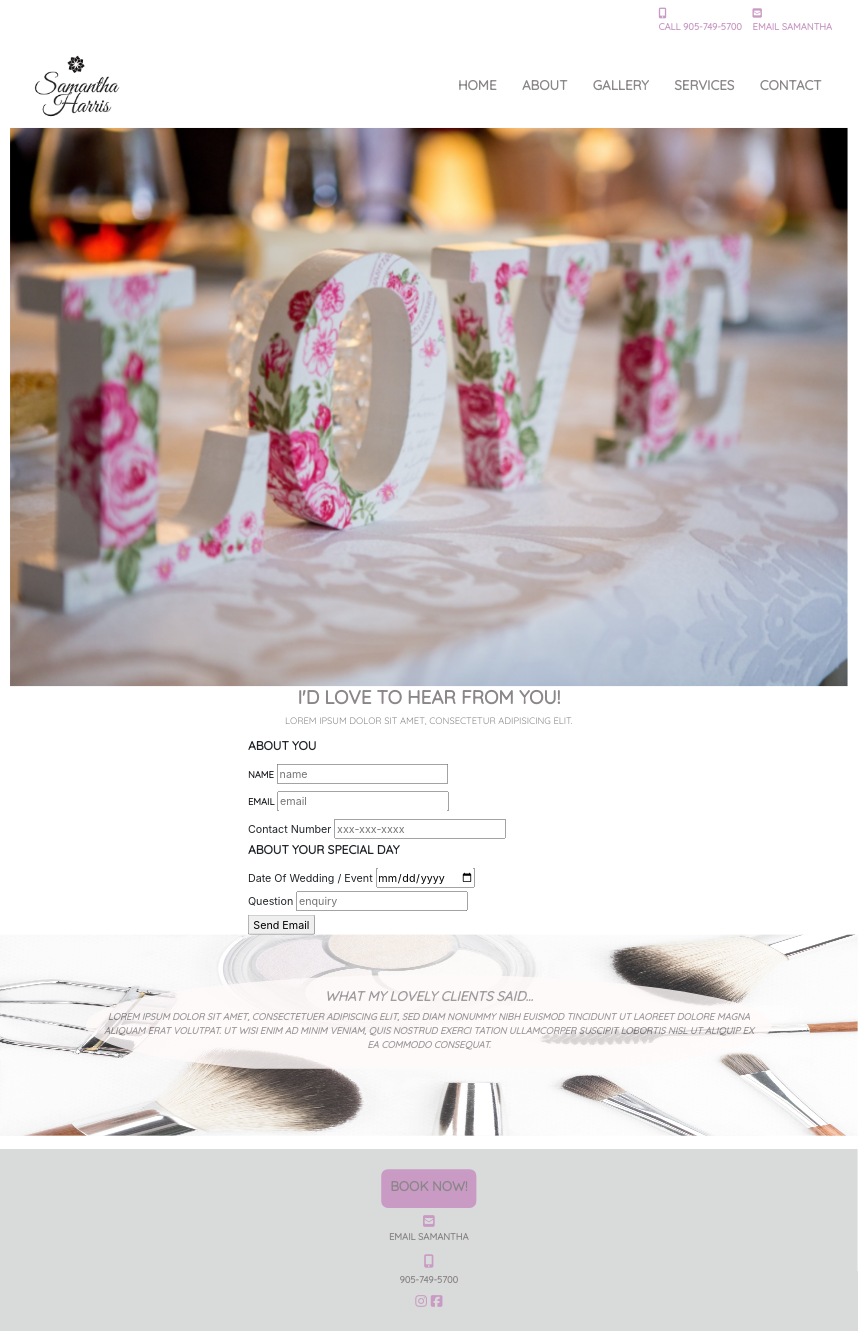
Repository: JayneyNix/milestone-1-UCFD
Page: contact.html
The author's editor kept a record of every edit. The page is drawn from the files as they stood at one moment, then again after the next edit.
The browser window is 1280 px wide. The pictures show the whole page, at 67% of full size.
Some web libraries are served in a nearby version.

Above is the page before.

### contact.html
<!DOCTYPE html>
<html lang="en">

<head>
    <meta charset="UTF-8">
    <meta name="viewport" content="width=device-width, initial-scale=1.0">
    <meta http-equiv="X-UA-Compatible" content="ie=edge">
    <title>Professional Make-up Artistry | Samantha Harris</title>
    <script src="https://code.jquery.com/jquery-3.3.1.slim.min.js" integrity="sha384-q8i/X+965DzO0rT7abK41JStQIAqVgRVzpbzo5smXKp4YfRvH+8abtTE1Pi6jizo" crossorigin="anonymous"></script>
    <link href="https://stackpath.bootstrapcdn.com/bootstrap/4.3.1/css/bootstrap.min.css" rel="stylesheet" integrity="sha384-ggOyR0iXCbMQv3Xipma34MD+dH/1fQ784/j6cY/iJTQUOhcWr7x9JvoRxT2MZw1T" crossorigin="anonymous" type="text/css">
    <link rel="stylesheet" href="https://cdnjs.cloudflare.com/ajax/libs/hover.css/2.3.1/css/hover-min.css" type="text/css">
    <link rel="stylesheet" href="https://fonts.googleapis.com/css?family=Quicksand">
    <script src="https://kit.fontawesome.com/26094534a3.js" crossorigin="anonymous"></script>
    <link rel="stylesheet" href="Assets/style.css" class="text/css">
</head>

<body>
    <!-----Navigation----->

    <div class="d-flex justify-content-end">
        <div class="d-flex contact-header flex-row-reverse align-items-center">
            <div class="p-2"><a class="email-header" href="mailto:bookings@samanthaharris.ca" target="-blank"><i class="fas fa-envelope-square" aria-hidden="true"></i><h5 class="h5 headings">Email Samantha</h5></a></div>
            <div class="p-2"><a class="call-header" href="tel:905-749-5700"><i class="fas fa-mobile-alt" aria-hidden="true"></i><h5 class="h5 headings">Call 905-749-5700</h5></a></div>
        </div>
    </div>


    <div class="container-fluid nav-container no-padding">
        <nav class="navbar navbar-light navbar-expand-sm">

            <a class="navbar-brand" href="index.html">
                <img src="Assets/logo.png" class="d-inline-block align-top"
      alt="samantha-harris-logo"/>
      </a>

            <button class="navbar-toggler ml-auto" type="button" data-toggle="collapse" data-target="#navbarNavDropdown" aria-controls="navbarNavDropdown" aria-expanded="false" aria-label="Toggle navigation">
          <span class="navbar-toggler-icon"></span>
      </button>
            <div class="collapse navbar-collapse" id="navbarNavDropdown">
                <ul class="navbar-nav navbar-default ml-auto">
                    <li class="nav-item">
                        <a class="nav-link active" href="index.html">Home</a>
                    </li>
                    <li class="nav-item">
                        <a class="nav-link active" href="about.html">About</a>
                    </li>
                    <li class="nav-item">
                        <a class="nav-link active" href="gallery.html">Gallery</a>
                    </li>
                    <li class="nav-item">
                        <a class="nav-link active" href="services.html">Services</a>
                    </li>
                    <li class="nav-item">
                        <a class="nav-link active" href="contact.html">Contact</a>
                    </li>
                </ul>
            </div>
        </nav>
    </div>


    <!-----Navigation----->


    <!--Introduction-->

    <div class="container-fluid contact-main-banner">
        <div class="row">
            <div class="contact-column col-sm-12">
                <img src="Assets/wedding-table-decoration.jpg" class="img-fluid w-100" alt="banner-image-table-decoration">
            </div>
        </div>

    </div>
    <div class="container-fluid contact-intro no-padding">
        <div class="row justify-content-center">
            <div class="col-sm-6 home-main-intro">
                <h1 class="h1 headings">I'd love to hear from you!</h1>
                <p class="p headings">Lorem ipsum dolor sit amet, consectetur adipisicing elit.
            </div>
        </div>
    </div>

    <!--Introduction-->

    <!--Contact Form-->

<div class="container contact-container">
    <div class="row justify-content-center">
        <div class="contact-form col-sm-6">
    <form action="send_email.html" method="post">
        <fieldset>
            <legend class="fieldset-1"><h3 class="h3 headings">About You</h3></legend>
            <label for="name"><h5 class="h5 headings">Name</h5></label>
            <input type="text" id="name" placeholder="name" name="Name"><br>

            <label for="email"><h5 class="h5 headings">Email</h5></label>
            <input type="email" id="email" placeholder="email" name="Email required"><br>

            <label for="number">Contact Number</label>
            <input type="number" id="number" placeholder="xxx-xxx-xxxx" name="Contact-Number required"><br>

        </fieldset>
        <fieldset>
            <legend class="fieldset-2"><h3 class="h3 headings">About Your Special Day</h3></legend>
            <label for="event-date">Date Of Wedding / Event</label>
            <input type="date" id="event-date" placeholder="event-date" name="Event-Date"><br>
<div class="last-input">
            <label for="question">Question</label>
            <input type="textarea" id="enquiry" placeholder="enquiry" name="Enquiry" maxlength="500"><br>
            </div>
        </fieldset>
        <input class="contact-form-button" type="submit" value="Send Email">
    </form>
    </div>
    </div>
</div>
    <!--Contact Form-->


    <!--Testimonials-->

    <div id="testimonial-carousel" class="carousel slide d-none d-md-block" data-ride="carousel">
        <div class="carousel-inner">
            <div class="carousel-item active">
                <img class="carousel-image d-block w-100" src="Assets/cosmetic-brushes.jpg" alt="Slide-One">
                <div class="carousel-caption d-none d-md-block height-auto">
                    <div class="box">
                        <h2 class="h2 headings carousel-heading align-items-center justify-content-center">What My Lovely Clients Said...</h5>
                            <p class="p headings carousel-text">Lorem ipsum dolor sit amet, consectetuer adipiscing elit, sed diam nonummy nibh euismod tincidunt ut laoreet dolore magna aliquam erat volutpat. Ut wisi enim ad minim veniam, quis nostrud exerci tation ullamcorper suscipit
                                lobortis nisl ut aliquip ex ea commodo consequat.
                            </p>
                    </div>
                </div>
            </div>

            <div class="carousel-item">
                <img class="carousel-image d-block w-100" src="Assets/cosmetic-brushes.jpg" alt="Slide-One">
                <div class="carousel-caption d-none d-md-block">
                    <div class="box">
                        <h2 class="h2 headings carousel-heading align-items-center justify-content-center">What My Lovely Clients Said...</h5>
                            <p class="p headings carousel-text">Lorem ipsum dolor sit amet, consectetuer adipiscing elit, sed diam nonummy nibh euismod tincidunt ut laoreet dolore magna aliquam erat volutpat. Ut wisi enim ad minim veniam, quis nostrud exerci tation ullamcorper suscipit
                                lobortis nisl ut aliquip ex ea commodo consequat.
                            </p>
                    </div>
                </div>
            </div>
            <div class="carousel-item">
                <img class="carousel-image d-block w-100" src="Assets/cosmetic-brushes.jpg" alt="Slide-One">
                <div class="carousel-caption d-none d-md-block">
                    <div class="box">
                        <h2 class="h2 headings carousel-heading align-items-center justify-content-center">What My Lovely Clients Said...</h5>
                            <p class="p headings carousel-text">Lorem ipsum dolor sit amet, consectetuer adipiscing elit, sed diam nonummy nibh euismod tincidunt ut laoreet dolore magna aliquam erat volutpat. Ut wisi enim ad minim veniam, quis nostrud exerci tation ullamcorper suscipit
                                lobortis nisl ut aliquip ex ea commodo consequat.
                            </p>
                    </div>
                </div>
            </div>
        </div>
    </div>

    <!--Testimonials-->


    <footer class="container-fluid footer-container no-padding">

        <div id="footer" class="row">
            <div class="col-sm-12">
                <div class="action">
                    <btn class="footer-button">
                        <a class="contact-link" href="contact.html">
                            <h2 class="h2 headings footer-items">BOOK NOW!</h2>
                        </a>
                    </btn>
                </div>

                <div class="col-sm-12">
                    <div class="contact-methods">
                        <a class="send-email" href="mailto:bookings@samanthaharris.ca" target="-blank"><i class="fas fa-envelope-square" aria-hidden="true"></i>
                <h5 class="h5 headings">Email Samantha</h5></a>
                        <a class="call" href="tel:905-749-5700"><i class="fas fa-mobile-alt" aria-hidden="true"></i><h5 class="h5 headings">905-749-5700</h5></a>
                    </div>
                </div>

                <div class="col-sm-12">
                    <div class="social"></div>
                    <a class="insta" href="https://www.instagram.com" target="-blank"><i class="fab fa-instagram" aria-hidden="true"></i>
                    </a>
                    <a class="facebook" href="https://www.facebook.com" target="-blank"><i class="fab fa-facebook-square" aria-hidden="true"></i></a>
                </div>
            </div>
        </div>

    </footer>



    <script src="https://stackpath.bootstrapcdn.com/bootstrap/4.3.1/js/bootstrap.min.js" integrity="sha384-JjSmVgyd0p3pXB1rRibZUAYoIIy6OrQ6VrjIEaFf/nJGzIxFDsf4x0xIM+B07jRM" crossorigin="anonymous"></script>

    <script src="https://cdnjs.cloudflare.com/ajax/libs/popper.js/1.14.7/umd/popper.min.js" integrity="sha384-UO2eT0CpHqdSJQ6hJty5KVphtPhzWj9WO1clHTMGa3JDZwrnQq4sF86dIHNDz0W1" crossorigin="anonymous"></script>
</body>

</html>

### Assets/style.css
/*Typography*/

.headings {

    font-family: Quicksand, sans-serif;
    text-transform: uppercase;
    font-weight: bold;
}


.h1 {
    font-size: 28px;
    color: #8a8689;
    font-weight: bold;
}

.h2 {
    font-size: 20px;
    font-weight: bold;
}

.h3 {
    font-size: 18px;
}

.h4 {
    font-size: 16px;
}

.h5 {
    font-size: 14px;
}

.p {
    font-size: 14px;
    color: #8a8689;
    font-weight: normal;
}

/*Typography*/

.nav-container {
    padding: 0;
    font-size: 0;
}

/*--Fixed Header--*/

.d-flex .contact-header {
    padding-right: 30px;
}

/*@media (max-width: 575px) {*/

/*   .d-flex .contact-header { */

/*   display: none;*/

/*   }*/

/*}*/

.p-2 .email-header {
    color: #c99bc4;
    text-decoration: none;
}

.p-2 .call-header {
    color: #c99bc4;
    text-decoration: none;
}

.p-2 .email-header:hover {
    color: #8a8689;
}

.p-2 .call-header:hover {
    color: #8a8689;
}


/*--Navigation--*/

.navbar {
    background-color: #fff;

}

.navbar-brand {
    padding-left: 30px;
    background-size: cover;
    width: 200;
    height: 200;

}

.navbar-nav {
    padding-right: 30px;
}

.nav-item {
    word-spacing: 50;
}

.nav-link {

    font-family: "Quicksand", sans-serif;
    font-size: 20px;
    font-weight: bold;
    text-decoration: none;
    text-transform: uppercase;
    color: #8a8689!important;
    vertical-align: middle;
    padding-left: 30px!important;
}

.nav-link:hover {
    color: #c99bc4!important;
    transform: scale(1.25);
    transition: ease-in-out;
    transition-duration: 0.3s;
}

/*.nav-item .a .nav-link .active .nav-item .a .nav-link .active:hover,*/

/*.nav-item .a .nav-link .active:focus {*/

/*    color: #c99bc4;*/

/*    background-color: transparent;*/

/*}*/

@media (max-width: 768px) {
    #navbarNavDropdown {
        text-align: center;
    }
}

.navbar-toggler .navbar-toggler-icon {
    border: 0;
    font-weight: bold;
    color: #c99bc4;
}

/*--Navigation--*/

/*--Footer*/

.container-fluid .footer-container {
    display: inline-block;
    font-size: 0;
}

#footer {
    background-color: #d9dbda;
    text-align: center;
    padding-top: 30px;
    padding-bottom: 30px;

}


.footer-button {
    position: relative;
    display: inline-block;
    font-family: "Quicksand", sans-serif;
    font-size: 20px;
    font-weight: bolder;
    text-transform: uppercase;
    vertical-align: middle;
    border: 3px solid #c99bc4;
    border-radius: 10px;
    padding: 10px;
    text-align: center;
    background-color: #c99bc4;
}

.footer-button .contact-link {
    text-decoration: none;
}

.footer-button .a .h2 {
    vertical-align: middle;
}

.send-email {

    color: #8a8689;
    text-decoration: none;
}

.footer-items {
    color: #8a8689;
    font-weight: bold;
}

.footer-items:hover {
    color: #8a8689;
    transform: scale(1.1);
    transition: ease-in-out;
    transition-duration: 0.4s;

}

.send-email:hover {
    color: #c99bc4;
    text-decoration: none;
}


.call {

    color: #8a8689;
    text-decoration: none;
}

.call:hover {
    color: #c99bc4;
    text-decoration: none;
}

.send-email>i {
    color: #c99bc4;
    padding: 5px;
    font-size: 20px;
    padding-top: 10px;
}

.send-email>i:hover {
    color: #8a8689;
    padding: 5px;
    font-size: 20px;
}


.call>i {
    color: #c99bc4;
    padding: 10px;
    font-size: 20px;
}

.call>i:hover {
    color: #8a8689;
    padding: 10px;
    font-size: 20px;
}


.insta {

    color: #c99bc4;
    font-size: 20px;
}

.facebook {

    color: #c99bc4;
    font-size: 20px;
}


.insta:hover {
    color: #8a8689;
    text-decoration: none;
}

.facebook:hover {
    color: #8a8689;
    text-decoration: none;
}


/*--Footer*/

/*--Homepage Section 1 - Banner & Intro*/

.home-main-banner {
    padding: 0;
    font-size: 0;
    margin: 0;
    padding-bottom: 20px;
}

@media (max-width: 576px) {
    .home-main-banner {
        display: none;
    }
}

.home-main-intro {
    width: 100%;
    text-align: center;
}

/*--Homepage Section 1 - Banner & Intro*/

/*--Homepage Section 2 - About*/

/*--Homepage Section 2 - About*/

/*--Homepage Section 3 - Testimonials*/

#testimonial-carousel {
    padding: 0;
    font-size: 0;
    margin-bottom: 20px;
    height: 300px;
}

.carousel-image {
    height: 300px;
    opacity: 0.8;
}


.carousel-caption {
    position: absolute;
    left: 50%;
    top: 40%;
    transform: translate(-50%, -50%);
    overflow: hidden;
    width: 80%;
}

.carousel-heading {
    color: #8a8689;
    font-style: italic;
    font-weight: bolder;
}

.carousel-text {
    font-style: italic;
    font-weight: bolder;
}

.box {
    border: 0px transparent;
    border-radius:50%;
    background-color: #fffafa;
    opacity: 0.8;
    padding: 20px;
}



/*--Homepage Section 3 - Testiomonials*/



/*--Homepage Section 2 - Gallery*/

.gallery-item .gallery-image {
  display: block;
  max-width: 100%;
  padding-bottom: 20px;
}

/*--Homepage Section 2 - Gallery*/

After the next edit:
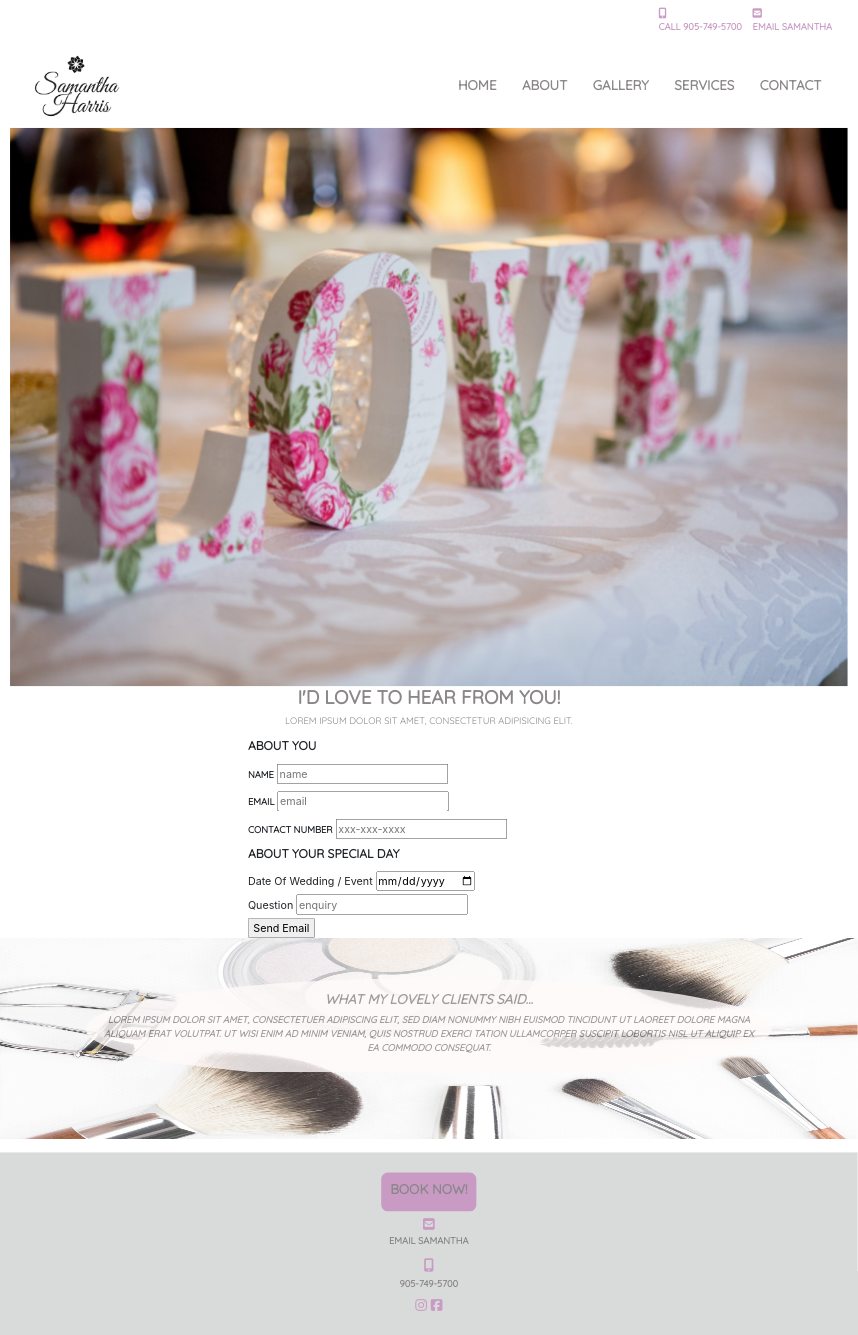
The edit:
--- a/contact.html
+++ b/contact.html
@@ -97,7 +97,7 @@
             <label for="email"><h5 class="h5 headings">Email</h5></label>
             <input type="email" id="email" placeholder="email" name="Email required"><br>
 
-            <label for="number">Contact Number</label>
+            <label for="number"><h5 class="h5 headings">Contact Number</h5></label>
             <input type="number" id="number" placeholder="xxx-xxx-xxxx" name="Contact-Number required"><br>
 
         </fieldset>
